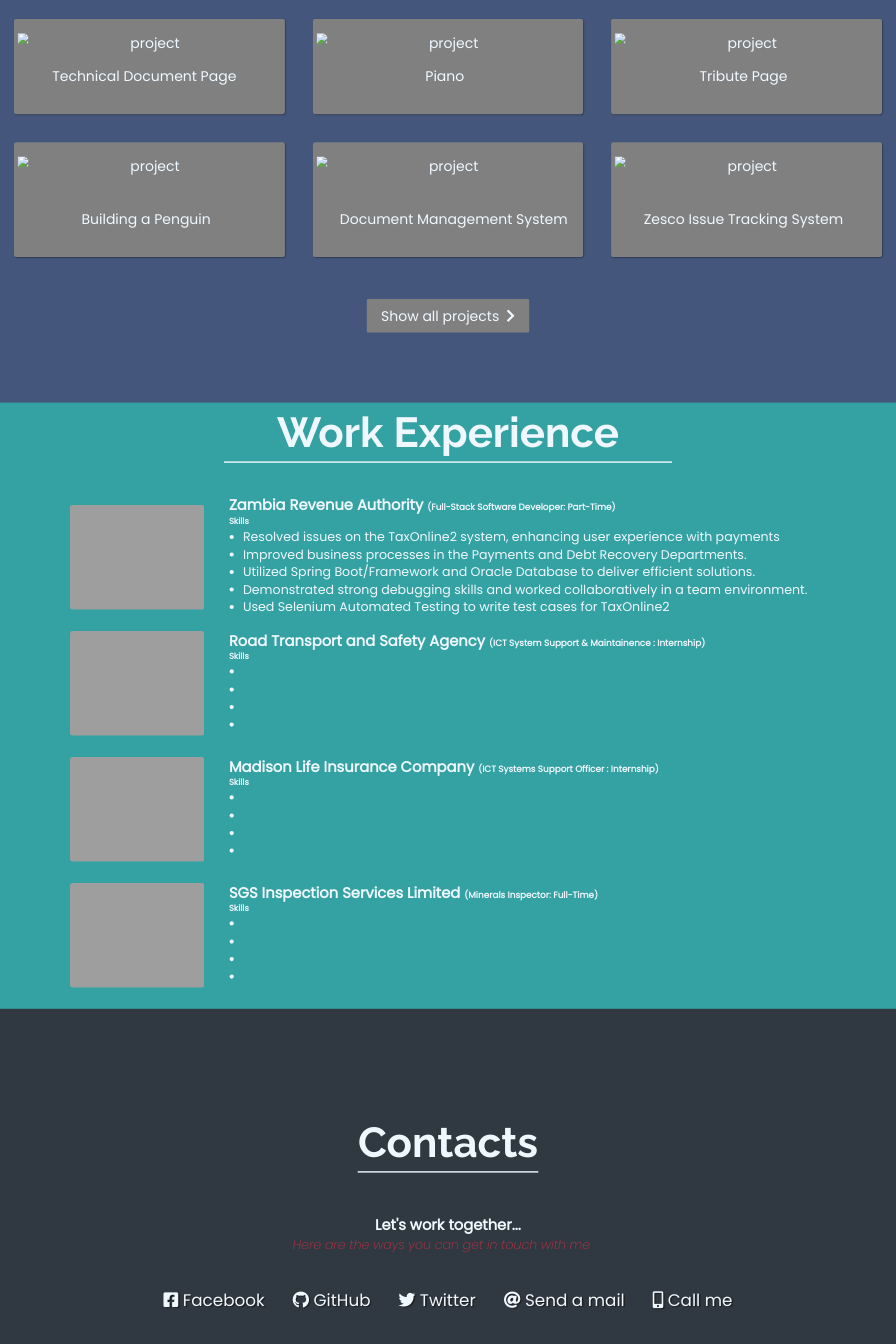
Repository: Lungdjos/personal_portifolio
Page: html/index.html
These files come from the project's save history. The page is drawn as it stood at one moment and after a run of saves; the edit follows.
The browser window is 1280 px wide. The pictures show the part of the page from y = 1023 to 2943 px (the page is 3144 px tall), at 70% of full size.
Pictures or frames that could not be fetched are drawn as grey boxes. Some web libraries are served in a nearby version.

Above is the page before, as saved 2024-02-04 02:24:54.

### html/index.html
<!DOCTYPE html>
<html lang="en">

<head>
    <meta charset="UTF-8">
    <meta name="viewport" content="width=device-width, initial-scale=1.0">
    <title>Personal Portifolio</title>
    <link rel="stylesheet" href="/css/styles.css">
    <link rel="stylesheet" href="https://use.fontawesome.com/releases/v5.8.2/css/all.css" integrity="sha384-oS3vJWv+0UjzBfQzYUhtDYW+Pj2yciDJxpsK1OYPAYjqT085Qq/1cq5FLXAZQ7Ay" crossorigin="anonymous">
    <link href="https://fonts.googleapis.com/css?family=Poppins:200i,300,400&amp;display=swap" rel="stylesheet">
    <link href="https://fonts.googleapis.com/css?family=Raleway:700&amp;display=swap" rel="stylesheet">
    <script src="edge-extension://ajdpfmkffanmkhejnopjppegokpogffp/assets/prompt.js"></script>
</head>

<body>
    <header class="header">
        <nav id="navbar">
            <ul class="nav-list">
                <li><a href="#welcome-section" class="nav-link"><i class=""></i>Home</a></li>
                <li>
                    <a href="#project-section" class="nav-link"> <i class=""></i>Projects</a>
                </li>
                <li>
                    <a href="#work-experience-section" class="nav-link"> <i class=""></i>Experience</a>
                </li>
                <li><a href="#contact-section" class="nav-link"><i class=""></i>Contacts</a></li>
            </ul>
        </nav>
    </header>
    <main class="m-3">
        <div id="spacer"></div>
        <section class="home" id="welcome-section">
            <div id="welcome-section">
                <h1 id="title">Hi there, I am Lungu</h1>
                <p id="sub-title"><span>a</span> <span>full-stack</span> <span>software</span> <span>developer</span></p>
            </div>
        </section>

        <div id="spacer"></div>
        <section class="project-section" id="project-section">
            <h1 id="project-heading" class="heading">Here are some Projects I have done</h1>

            <div class="project-grid">
                <a href="#" target="_blank" class="project project-title">
                    <img class="project-image" src="" alt="project">
                    <p class="project-title">
                        <span class="code">&lt;</span>Technical Document Page
                        <span class="code">/&gt;</span>
                    </p>
                </a>

                <a href="#" target="_blank" class="project project-title">
                    <img class="project-image" src="" alt="project">
                    <p class="project-title">
                        <span class="code">&lt;</span> Piano
                        <span class="code">/&gt;</span>
                    </p>
                </a>

                <a href="#" target="_blank" class="project project-title">
                    <img class="project-image" src="" alt="project">
                    <p class="project-title">
                        <span class="code">&lt;</span> Tribute Page
                        <span class="code">/&gt;</span>
                    </p>
                </a>

                <a href="#" target="_blank" class="project project-title">
                    <img class="project-image" src="" alt="project">
                    <p class="project-title">
                        <span class="code">&lt;</span> Building a Penguin
                        <span class="code">/&gt;</span>
                    </p>
                </a>

                <a href="#" target="_blank" class="project project-title">
                    <img class="project-image" src="" alt="project">
                    <p class="project-title">
                        <span class="code">&lt;</span> Document Management System
                        <span class="code">/&gt;</span>
                    </p>
                </a>

                <a href="#" target="_blank" class="project project-title">
                    <img class="project-image" src="" alt="project">
                    <p class="project-title">
                        <span class="code">&lt;</span> Zesco Issue Tracking System
                        <span class="code">/&gt;</span>
                    </p>
                </a>
            </div>

            <a href="#" class="btn btn-show-all" target="_blank">Show all projects<i class="fas fa-chevron-right"></i></a>
        </section>
        <div id="spacer"></div>
        <section class="work-exp-section" id="work-experience-section">
            <h1 class="heading work-exp-heading">Work Experience</h1>
            <div id="grid">
                <div id="icon"><img src="https://th.bing.com/th?id=OIP.rCZtK_dDgujHTn0u4EiHUwHaEX&w=325&h=191&c=8&rs=1&qlt=90&o=6&pid=3.1&rm=2" alt="icon"></div>
                <div class="experience">
                    <h3>Zambia Revenue Authority <small>(Full-Stack Software Developer: Part-Time)</small></h3>
                    <h6 class="skills">Skills</h6>
                    <p>
                        <ul>
                            <li>Resolved issues on the TaxOnline2 system, enhancing user experience with payments</li>
                            <li>Improved business processes in the Payments and Debt Recovery Departments.</li>
                            <li>Utilized Spring Boot/Framework and Oracle Database to deliver efficient solutions.</li>
                            <li>Demonstrated strong debugging skills and worked collaboratively in a team environment.</li>
                            <li>Used Selenium Automated Testing to write test cases for TaxOnline2</li>
                        </ul>
                    </p>
                </div>
            </div>

            <div id="grid">
                <div id="icon"><img src="https://th.bing.com/th?id=OIP.iDj6ErR_9QzKQiRz5T8xHQAAAA&w=158&h=159&c=8&rs=1&qlt=90&o=6&pid=3.1&rm=2" alt="icon"></div>
                <div class="experience">
                    <h3>Road Transport and Safety Agency <small>(ICT System Support & Maintainence : Internship)</small></h3>
                    <h6 class="skills">Skills</h6>
                    <p>
                        <ul>
                            <li></li>
                            <li></li>
                            <li></li>
                            <li></li>
                        </ul>
                    </p>
                </div>
            </div>

            <div id="grid">
                <div id="icon"><img src="https://th.bing.com/th?id=OIP.sgcljO8ZBHyturyXo14g8wAAAA&w=216&h=103&c=8&rs=1&qlt=90&o=6&pid=3.1&rm=2" alt="icon"></div>
                <div class="experience">
                    <h3>Madison Life Insurance Company <small>(ICT Systems Support Officer : Internship)</small></h3>
                    <h6 class="skills">Skills</h6>
                    <p>
                        <ul>
                            <li></li>
                            <li></li>
                            <li></li>
                            <li></li>
                        </ul>
                    </p>
                </div>
            </div>

            <div id="grid">
                <div id="icon"><img src="https://th.bing.com/th?id=OIP.TdyvCMy5NlyppvpqZwovrAHaE8&w=306&h=204&c=8&rs=1&qlt=90&o=6&pid=3.1&rm=2" alt="icon"></div>
                <div class="experience">
                    <h3>SGS Inspection Services Limited <small>(Minerals Inspector: Full-Time)</small></h3>
                    <h6 class="skills">Skills</h6>
                    <p>
                        <ul>
                            <li></li>
                            <li></li>
                            <li></li>
                            <li></li>
                        </ul>
                    </p>
                </div>
            </div>
        </section>
        <div id="spacer"></div>
        <section class="contact-section" id="contact-section">
            <h1 class="heading contacts-heading">Contacts</h1>
            <div class="contact-section-header">
                <h3>Let's work together...</h3>
                <p>Here are the ways you can get in touch with me <i class="fa-duotone fa-phone"></i></p>
            </div>
            <div id="contact-links">
                <a href="https://facebook.com/freecodecamp" target="_blank" class="btn contact-details"><i class="fab fa-facebook-square"></i> Facebook</a>
                <a id="profile-link" href="https://github.com/freecodecamp" target="_blank" class="btn contact-details"><i class="fab fa-github"></i> GitHub</a>
                <a href="https://twitter.com/freecodecamp" target="_blank" class="btn contact-details"><i class="fab fa-twitter"></i> Twitter</a>
                <a href="mailto:example@example.com" class="btn contact-details"><i class="fas fa-at"></i> Send a mail</a>
                <a href="tel:555-555-5555" class="btn contact-details"><i class="fas fa-mobile-alt"></i> Call me</a>
            </div>
        </section>
    </main>
    <footer>
        <ul>
            <li><a href="">Privacy</a></li>
            <li><a href="">Contacts</a></li>
            <li><a href="">About Us</a></li>
        </ul>
        <span>&REG;Radix Enterprise Ltd. &copy; 2024</span>
    </footer>
</body>

</html>

### css/styles.css
/** STYLING FOR THE PORTIFOLIO **/


/* the root selector */

:root {
    /* colors */
    --col-1: aliceblue;
    --col-2: grey;
    --col-3: orangered;
    --col-4: #be3144;
    --bc-1: #34a2a2;
    --bc-2: #0b2e28;
    --bc-3: #123b3b;
    --bc-4: #45567d;
    --bc-5: #303841;
    /* values */
}


/* general stylings */

html {
    font-size: 62.5%;
    box-sizing: border-box;
    scroll-behavior: smooth;
}

* {
    margin: 0;
    padding: 0;
}


/* box-sizing and font sizing */

*,
*::before,
*::after {
    box-sizing: inherit;
}


/* body styling */

body {
    font-family: 'Poppins', sans-serif;
    font-size: 1.8rem;
    font-weight: 400;
    line-height: 1.4;
    color: var(--col-1);
    background-color: var(--bc-1);
}


/* headings styling */

h1,
h2 {
    font-family: 'Raleway', sans-serif;
    font-weight: 600;
    text-align: center;
}

h1 {
    font-size: 6rem;
}

h2 {
    font-size: 4.2rem;
}


/* List and anchor styling */

ul {
    list-style: none;
}

a {
    color: var(--col-1);
    text-decoration: none;
}

img {
    display: block;
    width: 100%;
}


/** NAVIGATION BAR */


/* nav bar styling */

nav {
    font-weight: 600;
}

.header {
    display: flex;
    justify-content: flex-end;
    position: fixed;
    top: 0;
    left: 0;
    width: 100%;
    box-shadow: 0 2px 0 rgba(0, 0, 0, 0.4);
    z-index: 10;
    background-color: var(--bc-2);
}

nav>ul {
    display: flex;
    margin-right: 2rem;
    text-transform: uppercase;
}

.nav-list a {
    display: block;
    font-size: 2.2rem;
    padding: 2rem;
}

.nav-list a:hover {
    background: var(--bc-4);
}

.nav-list a:visited {
    border-bottom: .2rem solid #ff6347;
}


/* body styling */

#spacer {
    max-width: 1000px;
    width: 100%;
    margin: 0 auto;
}

main li {
    list-style-type: disc;
}


/** HOME PAGE */


/* Styling or the Home Page */

.home {
    width: 100%;
    height: 100vh;
    display: flex;
    flex-direction: column;
    justify-content: center;
    align-items: center;
    background: inherit;
    background-image: linear-gradient(62deg, #3a3d40 0%, #181719 100%);
}

#welcome-section>p {
    font-size: 3rem;
    font-weight: 200;
    font-style: italic;
    color: #d0a;
}

#title {
    transform-origin: center;
    animation: rotateAndChangeColor 14s infinite ease-in-out;
}

#sub-title {
    text-indent: 10px;
}

#sub-title span {
    display: inline-block;
    animation: fallAnimation 4s infinite ease-in-out forwards;
}


/** PROJECTS */


/* styling for projects */

.project-section {
    text-align: center;
    padding: 10rem 2rem;
    background: var(--bc-4);
}

.heading {
    max-width: 640px;
    margin: 0 auto 6rem auto;
    border-bottom: .2rem solid var(--col-1);
}


/* grids */

.project-grid {
    display: grid;
    grid-template-columns: repeat(auto-fit, minmax(360px, 1fr));
    grid-gap: 4rem;
    width: 100%;
    max-width: 1280px;
    margin: 0 auto;
    margin-bottom: 6rem;
}


/* individual projects */

.project {
    background: var(--col-2);
    box-shadow: 1px 1px 2px rgba(0, 0, 0, 0.4);
    border-radius: 3px;
}

.code {
    color: var(--col-2);
    transition: color 0.3s ease-out;
}

.project:hover .code {
    color: var(--col-3);
}

.project-image {
    height: calc(100% - 6.8rem);
    width: 100%;
    object-fit: cover;
}

.project-title {
    font-size: 2rem;
    padding: 2rem 0.5rem;
}

.btn {
    display: inline-block;
    padding: 1rem 2rem;
    border-radius: 2px;
}

.btn-show-all {
    font-size: 2rem;
    background: var(--col-2);
    transition: background 0.3s ease-out;
}

.btn-show-all:hover {
    background: var(--col-3);
}

.btn-show-all:hover>i {
    transform: translateX(2px);
}

.btn-show-all>i {
    margin-left: 10px;
    transform: translateX(0);
    transition: transform 0.3s ease-out;
}


/** WORK EXPERIENCE */

#work-experience-section {
    justify-content: center;
}

.work-exp-section small {
    font-size: 60%;
}

#work-experience-section #icon {
    display: flex;
    flex-direction: column;
    justify-content: center;
    align-items: center;
}

#work-experience-section img {
    border-radius: 3%;
    height: 150px;
    width: 15vw;
    margin-right: 2rem;
}

#work-experience-section .experience {
    display: flex;
    flex-direction: column;
    justify-content: center;
    height: 125px;
    width: 80vw;
    padding: 5px;
    margin: 1rem;
}

#grid {
    display: flex;
    margin: 3rem;
    margin-left: 10rem;
}

.experience {
    text-align: justify;
}

.experience ul {
    padding-left: 2rem;
}

.skills {
    color: var(--col-1);
}


/** CONTACTS */

#contact-section {
    display: flex;
    flex-direction: column;
    justify-content: center;
    align-items: center;
    text-align: center;
    padding: 0 3rem;
    width: 100%;
    height: 82vh;
    background: var(--bc-5);
}

.contact-section-header>h2 {
    font-size: 6rem;
}

.contact-section-header>p {
    font-style: italic;
    color: var(--col-4);
}

#contact-links {
    display: flex;
    justify-content: center;
    width: 100%;
    max-width: 980px;
    margin-top: 4rem;
    flex-wrap: wrap;
}

.contact-details {
    font-size: 2.4rem;
    text-shadow: 2px 2px 1px #1f1f1f;
    transition: transform 0.3s ease-out;
}

.contact-details:hover {
    transform: translateY(10px);
    color: var(--col-4);
}


/** FOOTER */


/* footer styling */

footer {
    font-weight: 300;
    padding: 2rem;
    background-color: var(--bc-3);
    border-top: 6px solid var(--bc-2);
}

footer>ul {
    display: flex;
    justify-content: flex-end;
}

footer>ul>li {
    padding: 0 12px;
}

footer>span {
    display: flex;
    justify-content: flex-end;
    margin-top: 6px;
    font-size: .9rem;
    font-weight: bold;
}


/** ANIMATIONS AND EFFECTS */


/* Welcome Page Animations */

@keyframes rotateAndChangeColor {
    0% {
        transform: rotateY(0deg);
        color: #333;
    }
    30% {
        transform: rotateY(360deg);
        color: #2e604a;
    }
    60% {
        transform: rotate(0deg);
        color: #45567d;
    }
    90% {
        transform: rotate(360deg);
        color: #ff6347;
    }
}

@keyframes fallAnimation {
    0% {
        transform: translateY(-60px);
        opacity: 0;
    }
    50% {
        transform: translateY(-60px);
        opacity: 0.4;
    }
    100% {
        transform: translateY(0);
        opacity: 1;
    }
}


/** STYLING FOR SMALL DEVICES */


/* 1200px / 16px = 75em */

@media (max-width: 75em) {
    html {
        font-size: 60%;
    }
}


/* 980px / 16px = 61.25em */

@media (max-width: 61.25em) {
    html {
        font-size: 58%;
    }
}


/* 460px / 16px = 28.75em */

@media (max-width: 28.75em) {
    html {
        font-size: 55%;
    }
}


/** NAV-BAR */


/* nav bar media queries */

@media (max-width: 28.75em) {
    #navbar {
        justify-content: center;
    }
    .nav-list {
        margin: 0 1rem;
    }
}


/** PROJECTS */


/* projects media query */

@media (max-width: 28.75em) {
    #project-heading {
        font-size: 4rem;
    }
}

@media (max-width: 30.625em) {
    .project-section {
        padding: 6rem 1rem;
    }
    .project-grid {
        grid-template-columns: 1fr;
    }
}


/** WORK EXPERIENCE */

@media (max-width: 550px) {
    #work-experience-section #icon {
        display: none;
    }
}

@media (max-width: 550px) {
    #work-experience-section .experience {
        width: 100%;
        text-align: center;
        padding: 0;
        height: 150px;
    }
}

@media (max-width: 650px) {
    #work-experience-section {
        margin-top: 0;
    }
}


/** CONTACTS */

@media (max-width: 28.75em) {
    .contact-section-header>h2 {
        font-size: 4rem;
    }
}


/** FOOTER */


/* footer */

@media (max-width: 28.75em) {
    footer {
        flex-direction: column;
        text-align: center;
    }
}

After the next 2 saves:
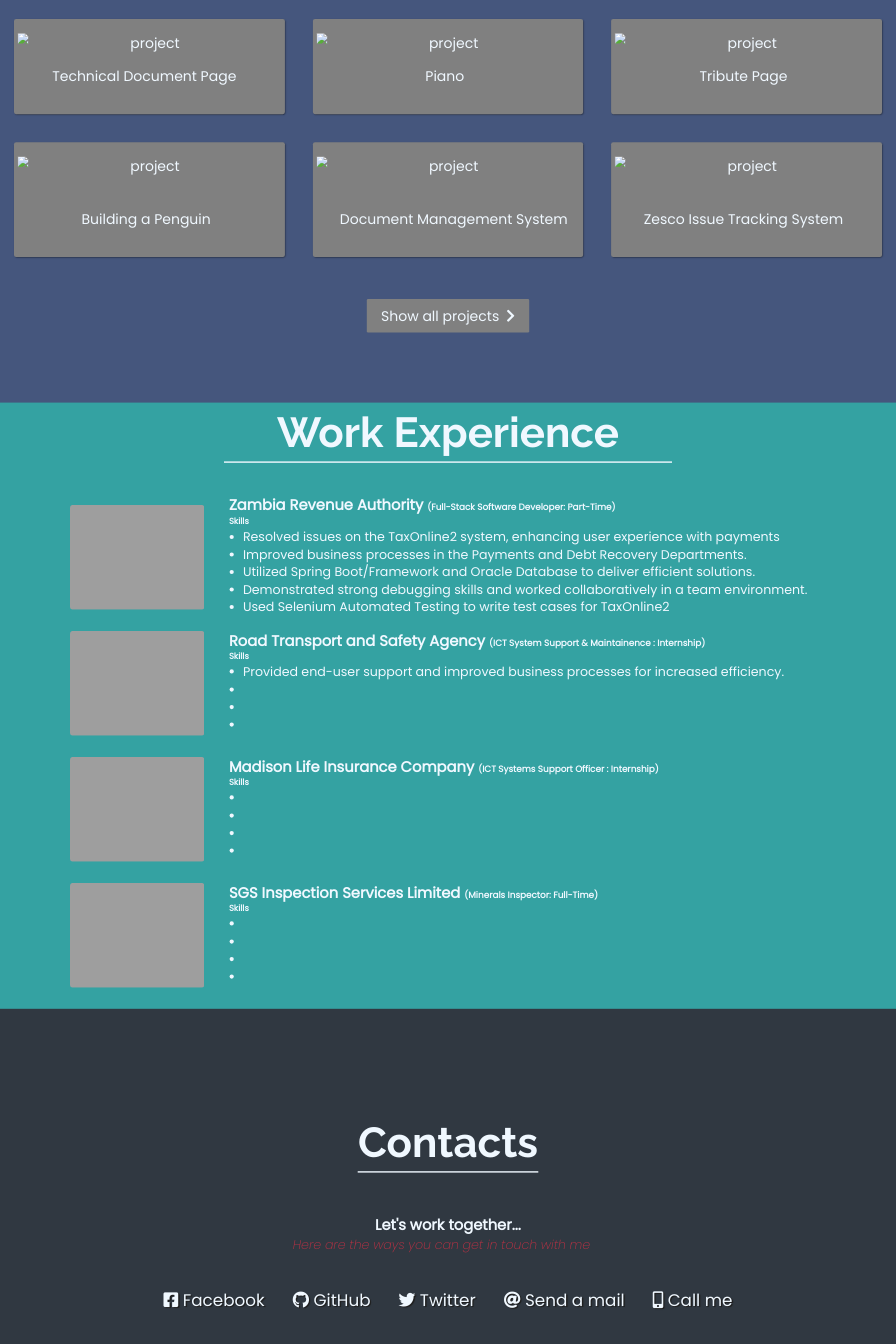
The 2 saves are shown as one change because they came seconds apart.
The last was saved 2 min 29 s later.
--- a/html/index.html
+++ b/html/index.html
@@ -119,7 +119,7 @@
                     <h6 class="skills">Skills</h6>
                     <p>
                         <ul>
-                            <li></li>
+                            <li>Provided end-user support and improved business processes for increased efficiency.</li>
                             <li></li>
                             <li></li>
                             <li></li>
